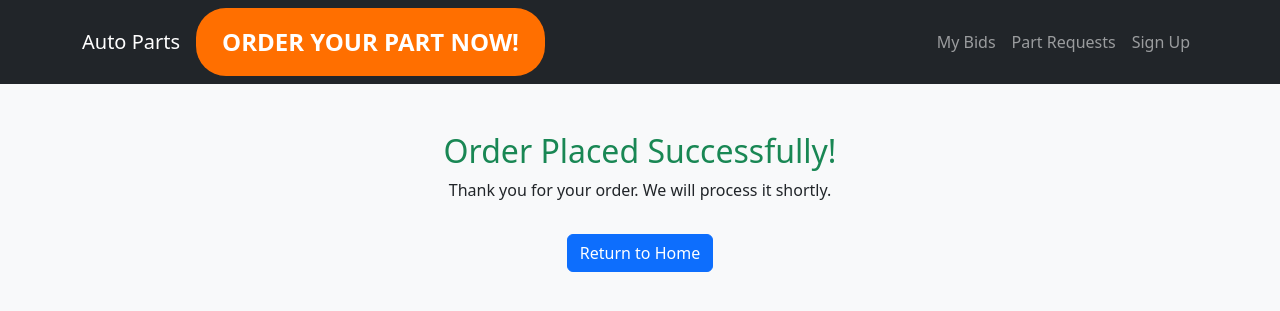
Repository: Jijiluzana225/onlineparts
Page: http://localhost/order-success/
The author's editor kept a copy of each file at every save. The page is drawn from the files as they stood at one save, then again after a run of saves.
The browser window is 1280 px wide. The pictures show the whole page.
The page is served by the project's application, run on Django 5.2 (manage.py). Other server files are loaded and not shown.

Above is the page before, as saved 2025-03-13 09:48:00.

### orders/templates/orders/order_success.html
{% extends 'orders/landing.html' %}

{% block content %}
<div class="container text-center mt-5">
    <h2 class="text-success">Order Placed Successfully!</h2>
    <p>Thank you for your order. We will process it shortly.</p>
    <button type="button" class="btn btn-primary mt-3" onclick="location.href='{% url 'home' %}'">
        Return to Home
    </button>
</div>
{% endblock %}

### orders/templates/orders/landing.html
<!DOCTYPE html>
<html lang="en">
<head>
    <meta charset="UTF-8">
    <meta name="viewport" content="width=device-width, initial-scale=1">
    <title>{% block title %}Landing Page{% endblock %}</title>
    <link href="https://cdn.jsdelivr.net/npm/bootstrap@5.3.0/dist/css/bootstrap.min.css" rel="stylesheet">
    <style>
        body {
            background-color: #f8f9fa;
        }
        .hero {
            height: 80vh;
            display: flex;
            align-items: center;
            justify-content: center;
            text-align: center;
            background: url('https://source.unsplash.com/1600x900/?car,parts') no-repeat center center/cover;
            color: white;
            position: relative;
        }
        .hero-overlay {
            background: black;
            padding: 50px;
            border-radius: 10px;
        }
        .btn-custom {
            background-color: #ff6f00;
            color: white;
            border-radius: 30px;
            padding: 15px 25px;
            font-size: 1.5rem;
            font-weight: bold;
            text-transform: uppercase;
            transition: background 0.3s ease;
        }
        .btn-custom:hover {
            background-color: #e65c00;
        }
    </style>
    {% block extra_css %}{% endblock %}
</head>
<body>

<!-- Navbar -->
<nav class="navbar navbar-expand-lg navbar-dark bg-dark">
    <div class="container">
        <a class="navbar-brand" href="{% url 'home' %}">Auto Parts</a>
        <a href="{% url 'order_part' %}" class="btn btn-custom">Order Your Part Now!</a>

        <button class="navbar-toggler" type="button" data-bs-toggle="collapse" data-bs-target="#navbarNav">
            <span class="navbar-toggler-icon"></span>
        </button>
        <div class="collapse navbar-collapse" id="navbarNav">
            <ul class="navbar-nav ms-auto">
                <li class="nav-item"><a class="nav-link" href="{% url 'store_bids' %}">My Bids</a></li>
                {% if user.is_authenticated and user.groups.all.0.name != "Store" %}
                <li class="nav-item"><a class="nav-link" href="{% url 'my_part_requests' %}">My Requests</a></li>
                {% endif %}
                <li class="nav-item"><a class="nav-link" href="{% url 'part_request_list' %}">Part Requests</a></li>

                {% if user.is_authenticated %}
                    <li class="nav-item dropdown">
                        <a class="nav-link dropdown-toggle" href="#" id="userDropdown" role="button" data-bs-toggle="dropdown">
                            {{ user.username }}
                        </a>
                        <ul class="dropdown-menu">
                            <li><a class="dropdown-item" href="{% url 'profile_update' %}">Profile</a></li>
                            <li>
                                <form method="post" action="{% url 'logout' %}">
                                    {% csrf_token %}
                                    <button type="submit" class="dropdown-item">Logout</button>
                                </form>
                            </li>
                        </ul>
                    </li>
                {% else %}
                    <li class="nav-item"><a class="nav-link btn btn-secondary" href="{% url 'register' %}">Sign Up</a></li>
                {% endif %}
            </ul>
        </div>
    </div>
</nav>

<!-- Hero Section -->
{% comment %} <div class="hero">
    <div class="hero-overlay">
        <h1 class="mb-4">Request Your Auto Parts Here!</h1>
        <a href="{% url 'order_part' %}" class="btn btn-custom">Order Your Part Now!</a>
    </div>
</div> {% endcomment %}

<!-- Main Content -->
<main class="container mt-4">
    {% block content %}
    {% endblock %}
</main>

<!-- Bootstrap JS -->
<script src="https://cdn.jsdelivr.net/npm/bootstrap@5.3.0/dist/js/bootstrap.bundle.min.js"></script>
{% block extra_js %}{% endblock %}
</body>
</html>

### orders/views.py
from django.shortcuts import render, redirect
from .forms import CustomerRegistrationForm
from django.shortcuts import render, redirect
from django.contrib.auth import login, authenticate
from django.contrib.auth.forms import UserCreationForm


def register_view(request):
    if request.method == 'POST':
        form = CustomerRegistrationForm(request.POST)
        if form.is_valid():
            form.save()
            return redirect('login')
    else:
        form = CustomerRegistrationForm()
    return render(request, 'orders/register.html', {'form': form})



def landing_page(request):
    return render(request, 'orders/landing.html')



from django.shortcuts import render, redirect
from django.contrib.auth.decorators import login_required
from .forms import CustomerUpdateForm

@login_required
def profile_update_view(request):
    user = request.user
    if request.method == "POST":
        form = CustomerUpdateForm(request.POST, instance=user)
        if form.is_valid():
            form.save()
            return redirect("home")  # Stay on profile page after saving
    else:
        form = CustomerUpdateForm(instance=user)

    return render(request, "orders/profile_update.html", {"form": form})



from django.shortcuts import render, redirect
from django.contrib.auth.decorators import login_required
from .forms import PartRequestForm

@login_required
def order_part_view(request):
    if request.method == "POST":
        form = PartRequestForm(request.POST, request.FILES)
        if form.is_valid():
            part_request = form.save(commit=False)
            part_request.user = request.user
            part_request.save()
            return redirect("order_success")  # Redirect to a success page
    else:
        form = PartRequestForm()

    return render(request, "orders/order_part.html", {"form": form})


def order_success(request):
    return render(request, "orders/order_success.html")

from django.shortcuts import render
from .models import PartRequest

def part_request_list(request):
    part_requests = PartRequest.objects.all().order_by('-created_at')  # Order by latest date
    return render(request, 'orders/part_request_list.html', {'part_requests': part_requests})

from django.shortcuts import render, get_object_or_404
from .models import PartRequest

def part_request_detail(request, pk):
    part_request = get_object_or_404(PartRequest, pk=pk)
    return render(request, 'orders/part_request_detail.html', {'part_request': part_request})


from django.shortcuts import render, get_object_or_404, redirect
from django.contrib.auth.decorators import login_required
from .models import PartRequest, Bid
from .forms import BidForm

@login_required
def place_bid(request, part_request_id):
    part_request = get_object_or_404(PartRequest, id=part_request_id)

    if request.method == "POST":
        form = BidForm(request.POST, request.FILES)
        if form.is_valid():
            bid = form.save(commit=False)
            bid.part_request = part_request
            bid.store = request.user  # Only logged-in stores can bid
            bid.save()
            return render(request, 'orders/landing.html', {'part_request': part_request})

    else:
        form = BidForm()

    return render(request, "orders/place_bid.html", {"form": form, "part_request": part_request})

from django.shortcuts import render
from django.contrib.auth.decorators import login_required
from django.utils.decorators import method_decorator
from django.views.generic import ListView
from .models import PartRequest

@method_decorator(login_required, name="dispatch")
class MyPartRequestsView(ListView):

    model = PartRequest
    template_name = "orders/my_part_requests.html"
    context_object_name = "part_requests"

    def get_queryset(self):
        return PartRequest.objects.filter(user=self.request.user).prefetch_related("bids").order_by("-created_at")



from django.shortcuts import render, get_object_or_404
from django.views.generic import DetailView
from .models import Bid

class BidDetailView(DetailView):
    model = Bid
    template_name = "orders/bid_detail.html"
    context_object_name = "bid"


from django.contrib import messages
from django.http import HttpResponseRedirect
from django.urls import reverse
from django.views import View
from django.shortcuts import get_object_or_404
from .models import Bid, PartRequest

class AcceptBidView(View):
    def post(self, request, pk):
        bid = get_object_or_404(Bid, pk=pk)
        part_request = bid.part_request

        # Close the PartRequest
        part_request.status = "Closed"
        part_request.save()

        # Set selected bid to "Accepted"
        bid.status = "Accepted"
        bid.save()

        # Reject all other bids for this part request
        Bid.objects.filter(part_request=part_request).exclude(pk=pk).update(status="Rejected")

        messages.success(request, "Bid accepted successfully! The part request is now closed.")
        return HttpResponseRedirect(reverse("my_part_requests"))



from django.shortcuts import render
from django.contrib.auth.decorators import login_required
from .models import Bid

@login_required
def store_bids(request):
    bids = Bid.objects.filter(store=request.user).order_by("-created_at")
    return render(request, "orders/store_bids.html", {"bids": bids})


from django.shortcuts import render, get_object_or_404, redirect
from django.urls import reverse_lazy
from django.views.generic import UpdateView, DeleteView, DetailView
from django.contrib import messages
from .models import Bid
from .forms import BidForm

class BidDetailViewView(DetailView):
    model = Bid
    template_name = "orders/bid_detail_view.html"
    context_object_name = "bid"

class BidUpdateView(UpdateView):
    model = Bid
    form_class = BidForm
    template_name = "orders/bid_form.html"

    def form_valid(self, form):
        messages.success(self.request, "Bid updated successfully!")
        return super().form_valid(form)

    def get_success_url(self):
        return reverse_lazy("bid_detail", kwargs={"pk": self.object.pk})

class BidDeleteView(DeleteView):
    model = Bid
    template_name = "orders/bid_confirm_delete.html"
    success_url = reverse_lazy("store_bids")

    def delete(self, request, *args, **kwargs):
        messages.success(request, "Bid deleted successfully!")
        return super().delete(request, *args, **kwargs)

### Onlinespareparts/urls.py
from django.contrib import admin
from django.urls import path, include
from django.conf import settings
from django.conf.urls.static import static

urlpatterns = [
    path('admin/', admin.site.urls),
    path('', include('orders.urls')),
]

urlpatterns += static(settings.MEDIA_URL, document_root=settings.MEDIA_ROOT)

### orders/urls.py
from django.urls import path
from .views import *
from django.contrib.auth import views as auth_views


urlpatterns = [
    path('register/', register_view, name='register'),
    path('login/', auth_views.LoginView.as_view(template_name='orders/login.html'), name='login'),
    path('logout/', auth_views.LogoutView.as_view(next_page='login'), name='logout'),
    path('', landing_page, name='home'),  # This makes the landing page accessible at "/"
    path('profile/update/', profile_update_view, name='profile_update'),
    path("order/", order_part_view, name="order_part"),
    path("order-success/", order_success, name="order_success"),
    path('part-requests/', part_request_list, name='part_request_list'),
    path('part-requests/<int:pk>/', part_request_detail, name='part_request_detail'),
    path("bid/<int:part_request_id>/", place_bid, name="place_bid"),
    path("my-part-requests/", MyPartRequestsView.as_view(), name="my_part_requests"),
    path("bid_details/<int:pk>/", BidDetailView.as_view(), name="bid_detail"),
    path("accept-bid/<int:pk>/", AcceptBidView.as_view(), name="accept_bid"),
    path("store/bids/", store_bids, name="store_bids"),

    path("bidview/<int:pk>/", BidDetailViewView.as_view(), name="bid_detail_view"),
    path("bidview/<int:pk>/update/", BidUpdateView.as_view(), name="bid_update"),
    path("bidview/<int:pk>/delete/", BidDeleteView.as_view(), name="bid_delete"),


]

After the next 2 saves:
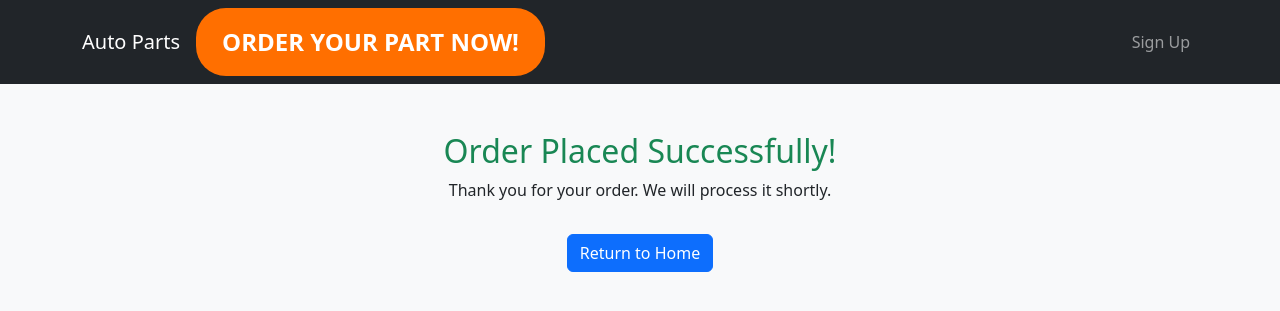
The 2 saves are shown as one change because 1 did not build or start.
The last was saved 9 min 12 s later.
--- a/orders/templates/orders/landing.html
+++ b/orders/templates/orders/landing.html
@@ -53,12 +53,15 @@
         </button>
         <div class="collapse navbar-collapse" id="navbarNav">
             <ul class="navbar-nav ms-auto">
+                {% if user.is_authenticated and user.groups.all.0.name == "Store" %}
                 <li class="nav-item"><a class="nav-link" href="{% url 'store_bids' %}">My Bids</a></li>
+                {% endif %}
                 {% if user.is_authenticated and user.groups.all.0.name != "Store" %}
                 <li class="nav-item"><a class="nav-link" href="{% url 'my_part_requests' %}">My Requests</a></li>
                 {% endif %}
+                {% if user.is_authenticated and user.groups.all.0.name == "Store" %}
                 <li class="nav-item"><a class="nav-link" href="{% url 'part_request_list' %}">Part Requests</a></li>
-
+                {% endif %}
                 {% if user.is_authenticated %}
                     <li class="nav-item dropdown">
                         <a class="nav-link dropdown-toggle" href="#" id="userDropdown" role="button" data-bs-toggle="dropdown">
